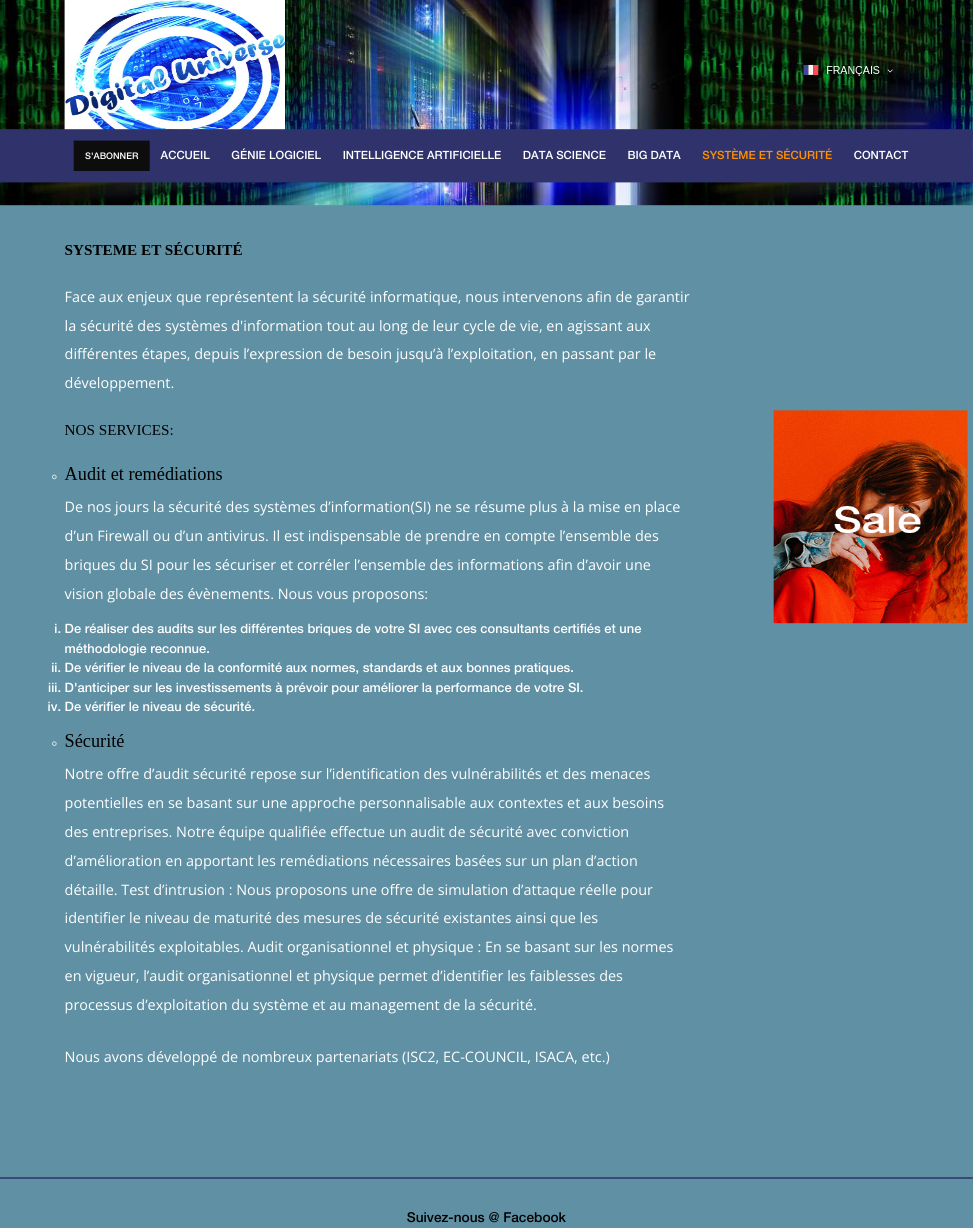
Repository: attoumbre/DATA_SERV
Page: original/secu-info.html
An editor plug-in stored every save of this project. The page is shown before and after the next save, followed by the edit.
The browser window is 1280 px wide. The pictures show the part of the page from y = 0 to 1616 px (the page is 2117 px tall before and 2091 px after), at 76% of full size.
A picture or video elsewhere on the page could not be fetched, so the positions and the page height are approximate. Some web fonts or font styles are not loaded; a fallback is used.

Above is the page before, as saved 2020-02-12 04:55:15.
Console error: TypeError: Cannot set properties of null (setting 'onfocus')

After the next save:
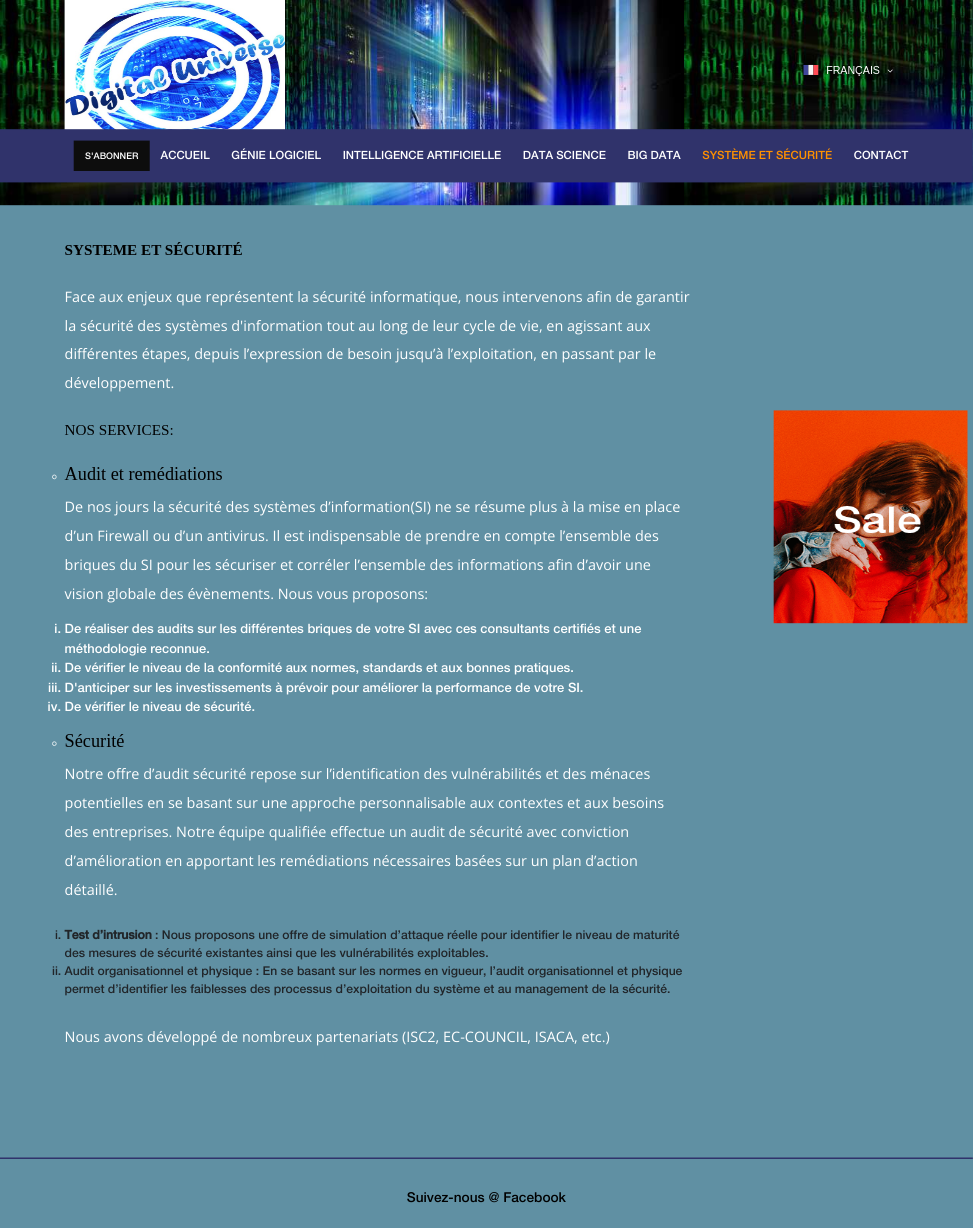
Saved 5 min 15 s later.
--- a/original/secu-info.html
+++ b/original/secu-info.html
@@ -185,10 +185,20 @@
                                     </li>
                                 </ul>
 
-                                <p> Notre offre d’audit sécurité repose sur l’identification des vulnérabilités et des menaces potentielles en se basant sur une approche personnalisable aux contextes et aux besoins des entreprises. Notre équipe qualifiée
-                                    effectue un audit de sécurité avec conviction d’amélioration en apportant les remédiations nécessaires basées sur un plan d’action détaille. Test d’intrusion : Nous proposons une offre de simulation d’attaque réelle
-                                    pour identifier le niveau de maturité des mesures de sécurité existantes ainsi que les vulnérabilités exploitables. Audit organisationnel et physique : En se basant sur les normes en vigueur, l’audit organisationnel
-                                    et physique permet d’identifier les faiblesses des processus d’exploitation du système et au management de la sécurité.
+                                <p> Notre offre d’audit sécurité repose sur l’identification des vulnérabilités et des ménaces potentielles en se basant sur une approche personnalisable aux contextes et aux besoins des entreprises. Notre équipe qualifiée
+                                    effectue un audit de sécurité avec conviction d’amélioration en apportant les remédiations nécessaires basées sur un plan d’action détaillé.
+                                    <ul>
+                                        <li style="list-style-type: lower-roman;">
+
+                                            <B>Test d’intrusion</B> : Nous proposons une offre de simulation d’attaque réelle pour identifier le niveau de maturité des mesures de sécurité existantes ainsi que les vulnérabilités exploitables.
+                                        </li>
+
+                                        <li style="list-style-type: lower-roman;">
+
+                                            Audit organisationnel et physique : En se basant sur les normes en vigueur, l’audit organisationnel et physique permet d’identifier les faiblesses des processus d’exploitation du système et au management de la sécurité.
+                                        </li>
+
+                                    </ul>
                                 </p>
 
                                 <P>Nous avons développé de nombreux partenariats (ISC2, EC-COUNCIL, ISACA, etc.) </P>
